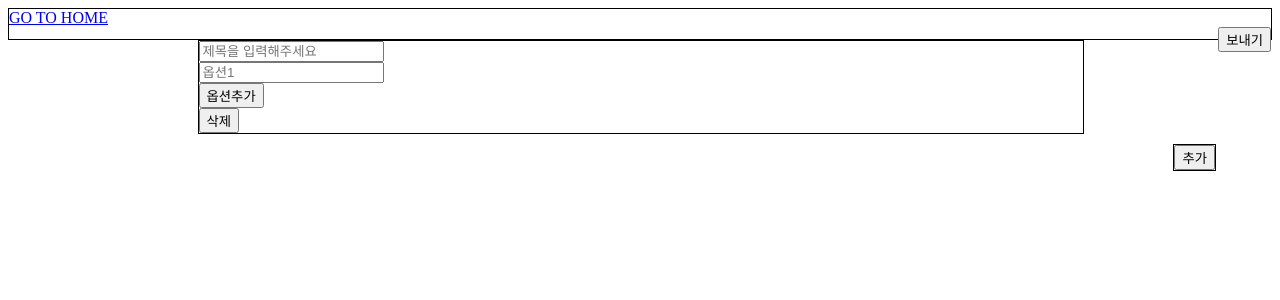
Repository: binigy97/VoteStie
Page: voteWeb/src/main/webapp/index.html
These files come from the project's save history. The page is drawn as it stood at one moment and after the next save; the edit follows.
The browser window is 1280 px wide. The pictures show the whole page.

Above is the page before, as saved 2022-03-03 11:50:25.

After the next save:
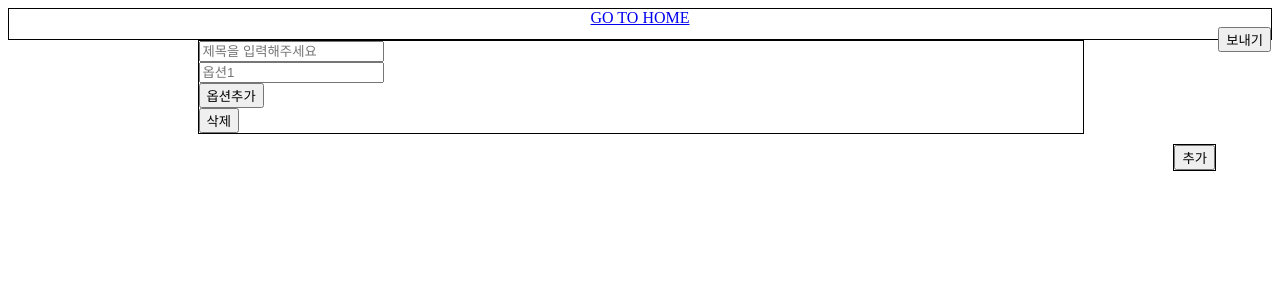
Saved 10 s later.
--- a/voteWeb/src/main/webapp/index.html
+++ b/voteWeb/src/main/webapp/index.html
@@ -9,7 +9,7 @@ header {
 	height: 30px;
 	border: 1px solid black;
 }
-header > nav > a {
+header > nav {
 	text-align: center;
 }
 header > a {
